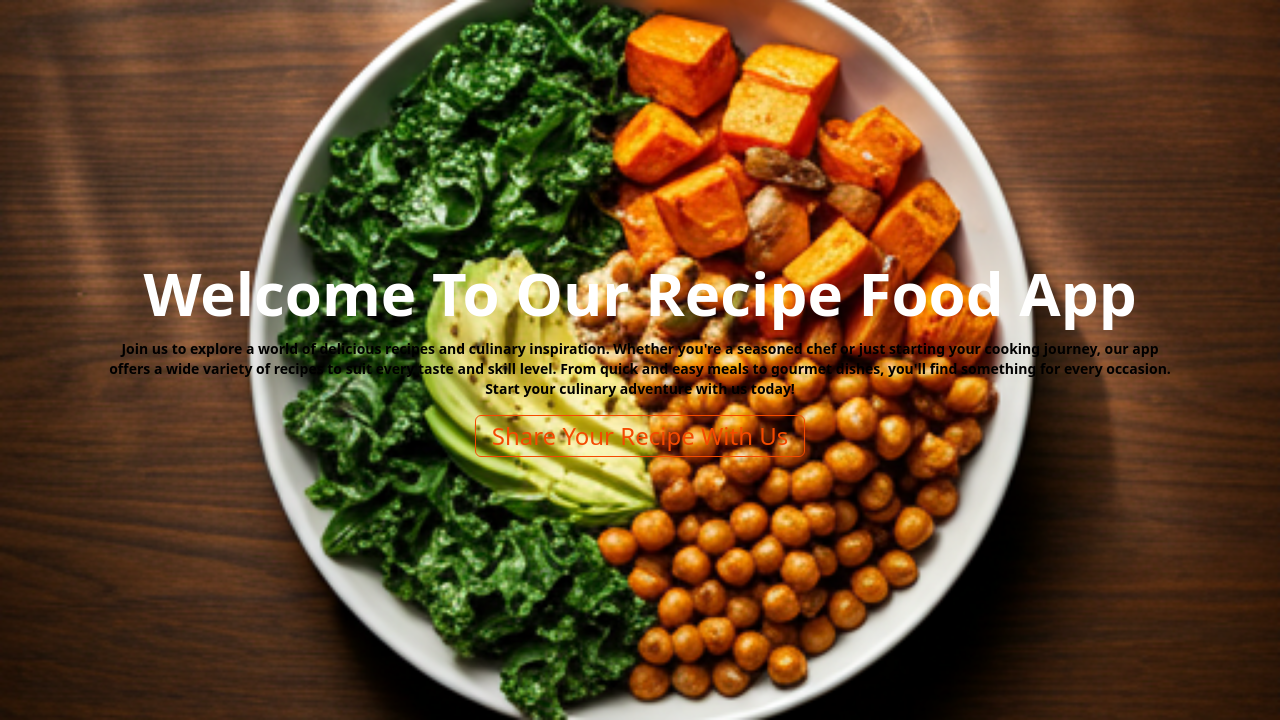
Repository: Eslam0Mohamed/mern-recipe-app
Page: / (app in FrontEnd/)
The author's editor kept a copy of each file at every save. The page is drawn from the files as they stood at one save, then again after a run of saves.
The browser window is 1280 px wide. The pictures show the whole page.
The project was rebuilt for these pictures with package versions that can differ from the ones it lists, and the page was loaded fresh each time. Also part of the build but not shown: FrontEnd/vite.config.js.

Above is the page before, as saved 2026-05-07 18:20:18.

### FrontEnd/src/index.css
@import "tailwindcss";
  .container{
    @apply mx-auto w-10/12
}
@theme{
  --color-tertiary:"#F9F7F2"
}

### FrontEnd/src/App.jsx
import React from 'react'
import Home from './pages/Home'
import { createBrowserRouter } from 'react-router-dom'

const App = () => {
  const router = createBrowserRouter([
    { path: '/', element: <Home />  },
    // { path: '/', element: <Contact />  },
    // { path: '/', element: <Home />  }
  ])
  return (
    <main>
      <Home />
    </main>
  )
}

export default App

### FrontEnd/src/pages/Home.jsx
import React from 'react'
import backgroundImage from "../assets/bg_2.png"
function Home() {
  return (
    <section style={{backgroundImage:`url(${backgroundImage})`,}} className={`bg-cover bg-tertiary h-screen bg-center flex items-center justify-center `}>
      <div className='left container flex flex-col gap-4 text-center justify-center items-center' >
        <h1 className='text-white text-6xl font-semibold'>Welcome To Our Recipe Food App</h1>
        <p className='text-md text-tertiary font-semibold text-sm'> Join us to explore a world of delicious recipes and culinary inspiration. Whether you're a seasoned chef or just starting your cooking journey, our app offers a wide variety of recipes to suit every taste and skill level. From quick and easy meals to gourmet dishes, you'll find something for every occasion. Start your culinary adventure with us today!</p>
      <button className='w-fit outline-none px-4 py-1  text-2xl border cursor-pointer border-orange-600 hover:bg-orange-600 hover:text-white transition-colors duration-150 rounded-md text-orange-600 '>Share Your Recipe With Us</button>
      </div>
      {/* <div className='right'>
        <img src={""} alt="share your recipe" />
      </div> */}
      <div></div>
    </section>
  )
}

export default Home

Loaded but not shown: FrontEnd/src/main.jsx (common file)

After the next 3 saves:
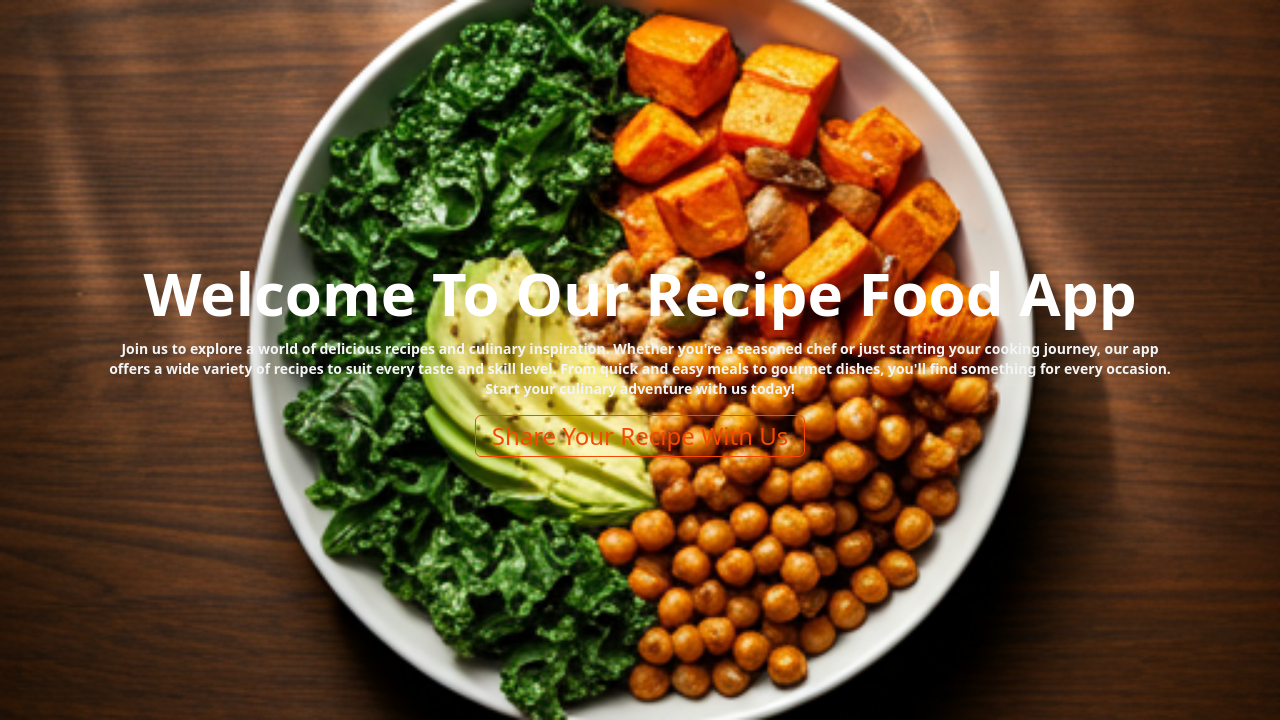
The 3 saves are shown as one change because they came seconds apart.
The last was saved 75 s later.
--- a/FrontEnd/src/pages/Home.jsx
+++ b/FrontEnd/src/pages/Home.jsx
@@ -5,7 +5,7 @@ function Home() {
     <section style={{backgroundImage:`url(${backgroundImage})`,}} className={`bg-cover bg-tertiary h-screen bg-center flex items-center justify-center `}>
       <div className='left container flex flex-col gap-4 text-center justify-center items-center' >
         <h1 className='text-white text-6xl font-semibold'>Welcome To Our Recipe Food App</h1>
-        <p className='text-md text-tertiary font-semibold text-sm'> Join us to explore a world of delicious recipes and culinary inspiration. Whether you're a seasoned chef or just starting your cooking journey, our app offers a wide variety of recipes to suit every taste and skill level. From quick and easy meals to gourmet dishes, you'll find something for every occasion. Start your culinary adventure with us today!</p>
+        <p className='text-md text-gray-100 font-semibold text-sm'> Join us to explore a world of delicious recipes and culinary inspiration. Whether you're a seasoned chef or just starting your cooking journey, our app offers a wide variety of recipes to suit every taste and skill level. From quick and easy meals to gourmet dishes, you'll find something for every occasion. Start your culinary adventure with us today!</p>
       <button className='w-fit outline-none px-4 py-1  text-2xl border cursor-pointer border-orange-600 hover:bg-orange-600 hover:text-white transition-colors duration-150 rounded-md text-orange-600 '>Share Your Recipe With Us</button>
       </div>
       {/* <div className='right'>
